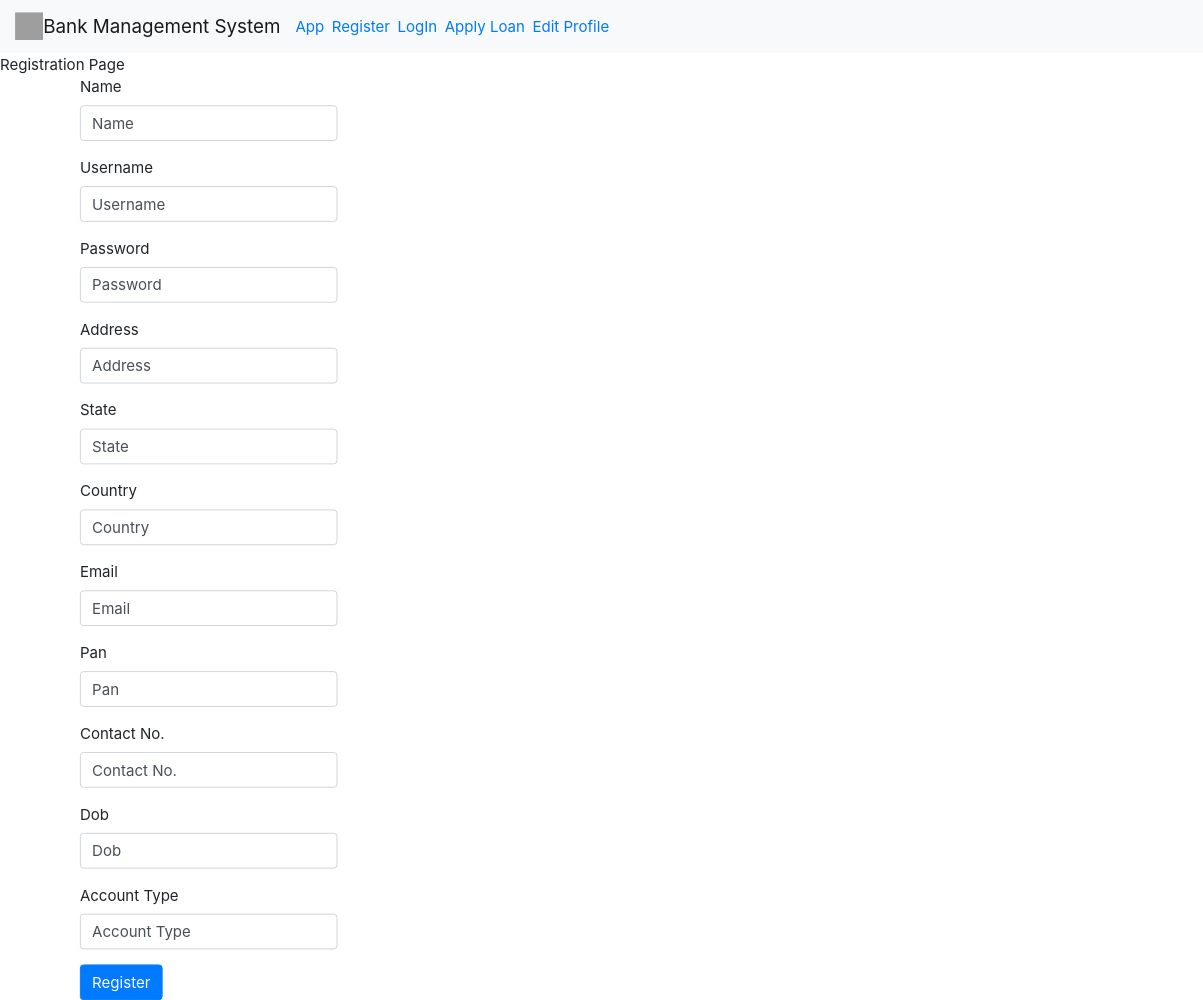
Repository: Nilkumar-Sharma/Bank-Management-System-Frontend-React
Page: /register
These files come from the project's save history. The page is drawn as it stood at one moment and after the next save; the edit follows.
The browser window is 1280 px wide. The pictures show the whole page, at 94% of full size.
Pictures or frames that could not be fetched are drawn as grey boxes. The project was rebuilt for these pictures with package versions that can differ from the ones it lists, and the page was loaded fresh each time. Also part of the build but not shown: src/App.css, src/Counter/Counter.js, src/App.js, src/components/Register/Register.module.scss, src/components/LogIn/LogIn.module.scss, src/components/LogIn/LogIn.js, src/components/Loan/Loan.module.scss, src/components/Loan/Loan.js and 1 more.

Above is the page before, as saved 2020-07-28 13:33:23.

### src/index.js
import React from 'react';
import ReactDOM from 'react-dom';
import './index.css';
import App from './App';
import * as serviceWorker from './serviceWorker';
import { Provider } from 'react-redux'
import { createStore } from 'redux'
import rootReducer from './store/reducer'
import { BrowserRouter, Switch,Route,Link } from 'react-router-dom';
import Register from './components/Register/Register'
import { createBrowserHistory } from 'history';
import 'bootstrap/dist/css/bootstrap.min.css';
import LogIn from './components/LogIn/LogIn';
import Loan from './components/Loan/Loan'
import UpdateProfile from './components/Profile/UpdateProfile';

const store = createStore(rootReducer);
store.subscribe(_=>console.log(store.getState()))

ReactDOM.render(
  <Provider store={store}>
    <React.StrictMode>
      <BrowserRouter>

        <nav className="navbar navbar-expand-lg navbar-light bg-light ">
          {/* header */}
          <a className="navbar-brand" href="#">
            <img src="/docs/4.0/assets/brand/bootstrap-solid.svg" width="30" height="30" className="d-inline-block align-top" alt=""></img>
              Bank Management System
  </a>

          <ul className="navbar-nav  mr-auto">
          <li className="nav-item mr-2">
            <Link to="/">App</Link>
            </li>
            <li className="nav-item mr-2">
            <Link to="/register">Register</Link>
          </li>
            <li className="nav-item mr-2">
            <Link to="/login">LogIn</Link>
            </li>
            <li className="nav-item mr-2">
              <Link to="/loan">Apply Loan</Link>
            </li>
            <li className="nav-item mr-2">
              <Link to="/edit">Edit Profile</Link>
            </li>
          </ul>
        </nav>


      {/* A <Switch> looks through its children <Route>s and
            renders the first one that matches the current URL. */}
      <Switch>
        <Route exact path="/">
          <App />
          </Route>
          <Route exact path="/register">
            <Register />
          </Route>
          <Route path="/login">
            <LogIn/>
          </Route>
          <Route path="/loan">
            <Loan></Loan>
          </Route>
          <Route path="/edit">
            <UpdateProfile></UpdateProfile>
          </Route>
      </Switch>
      </BrowserRouter>
    </React.StrictMode>

  </Provider>,
  document.getElementById('root')
);

// If you want your app to work offline and load faster, you can change
// unregister() to register() below. Note this comes with some pitfalls.
// Learn more about service workers: https://bit.ly/CRA-PWA
serviceWorker.unregister();

### src/store/reducer.js
const initialState = {
    counter: 0
};

const rootReducer = (state = initialState, action) => {
    switch (action.type){
    case "INC":
            return { counter: state.counter + 1 }
        case "DEC":
            return { counter: state.counter - 1 }
        default:
            return state
}
}
export default rootReducer;

### src/components/Register/Register.js
import React, { Component } from 'react';
import InputField from '../Shared/InputField/InputField'
import style from './Register.module.scss';
import MyButton from '../Shared/MyButton/MyButton'
/**
 *  As a Customer, I should be able to register my details in the system so that I can
 * login into the system Acceptance criteria: Customer should be able register the details
 * in the system and it should be saved in the database. Customer should be able to login with
 * a User Id and Password that exists in database.
 * On clicking logout the session should be invalidated and login page must be displayed Capture the
 * details like Name, Username, Password, Address, State, Country, Email Address, PAN, Contact No, DOB,
 * Account Type etc

*/
class Register extends Component{

    render() {
        return (<div>
            Registration Page
            <div className="container">
                <InputField Label="Name"></InputField>
                <InputField Label="Username"></InputField>
                <InputField Label="Password"></InputField>
                <InputField Label="Address"></InputField>
                <InputField Label="State"></InputField>
                <InputField Label="Country"></InputField>
                <InputField Label="Email"></InputField>
                <InputField Label="Pan"></InputField>
                <InputField Label="Contact No."></InputField>
                <InputField Label="Dob"></InputField>
                <InputField Label="Account Type"></InputField>

                <MyButton label="Register"></MyButton>









                </div>
            </div>)
        }
}
export default Register;

### src/components/Shared/InputField/InputField.js
import React, { Component } from 'react';
class InputField extends Component {
    static defaultProps = {
        type: "text",
        changes:(e)=>console.log(e.target),
        label: "Label",
        classes: "",
        value: "",
        id: "setId",
        name: "name",
        placeHolder: "P laceHolder Here",
    }
    constructor(props) {
        super(props);
        this.state = {
            value: this.props.Label
        }

    }
    handleChange(event) {
        this.setState({ value: event.target.value });
        this.props.changes(event);
    }

    render() {
        return (
            // <div className="container-fluid">
            <div className="row">
                <div class="form-group inline">
                <div className="col">
                    <label htmlFor={this.props.id}>{this.props.Label}</label>

                </div>
                <div className="col">
                        <input className="form-control" name={this.props.name} id={this.props.id} type={this.props.type} onChange={
                        // (this.props.changes) || ((e)=>{this.setState({value:e.target.value})})
                        (event) =>
                            this.handleChange(event)
                    } placeholder={this.props.placeHolder} value={this.state.value}></input>

                    </div>
                </div>
            </div>
        )
    }
}
export default InputField;

### src/components/Shared/MyButton/MyButton.js
/**
 * @props label: name of the button || default is "Label"
 * @props classes: Class Name
 * @props onClick: a function || Default is console.log("clicked")
 *
 */
import React,{Component } from 'react';

class MyButton extends Component {
    static defaultProps = {
        clicked:() => console.log("clicked "),
        label:"Button Label",
        value: "",
        classes: "btn btn-primary"
    }
    constructor(props) {
        super(props);
        console.log(this.props)

    }
    render() {
        return <button className={this.props.classes} onClick={this.props.clicked} value={this.props.value} >{this.props.label}</button>
    }

}

export default MyButton;

Loaded but not shown: public/index.html (common file); src/index.css (common file); src/serviceWorker.js (common file)

After the next save:
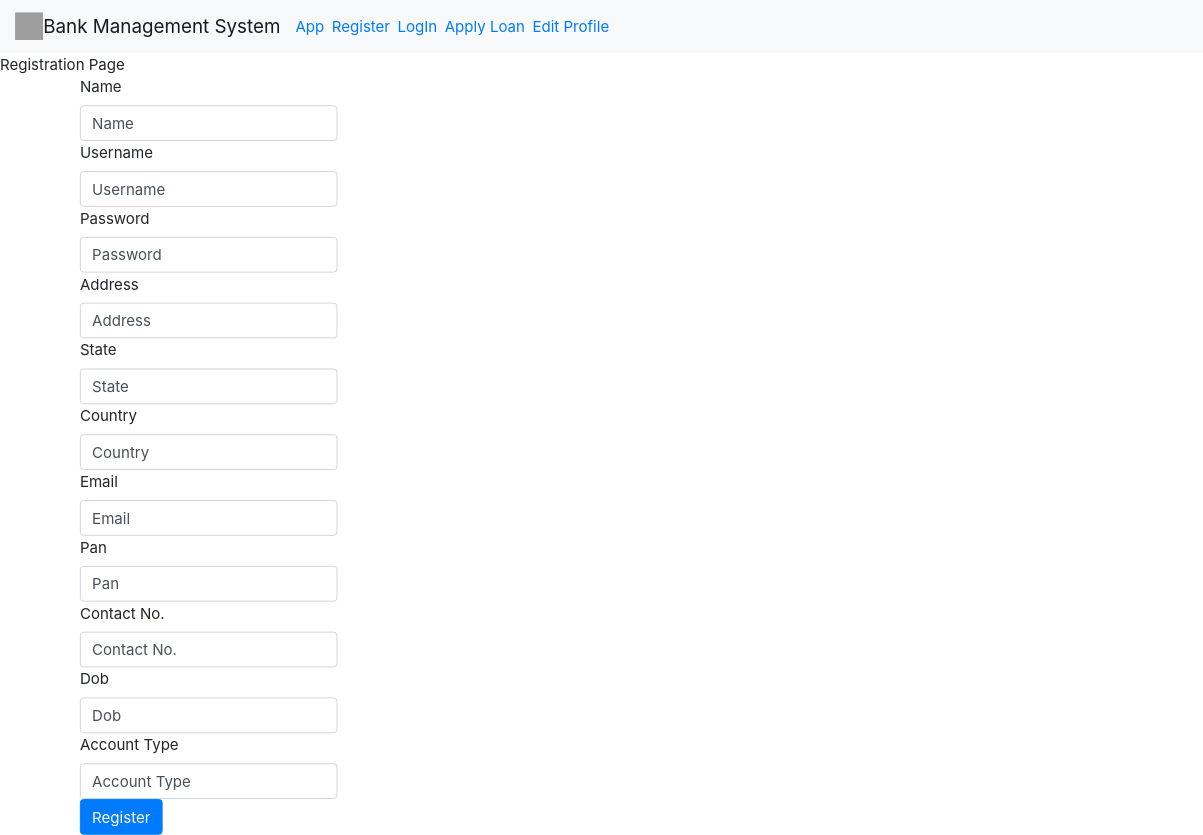
Saved 5 s later.
--- a/src/components/Shared/InputField/InputField.js
+++ b/src/components/Shared/InputField/InputField.js
@@ -26,7 +26,7 @@
         return (
             // <div className="container-fluid">
             <div className="row">
-                <div class="form-group inline">
+                <div class="form-group-inline">
                 <div className="col">
                     <label htmlFor={this.props.id}>{this.props.Label}</label>
 

After the save that followed:
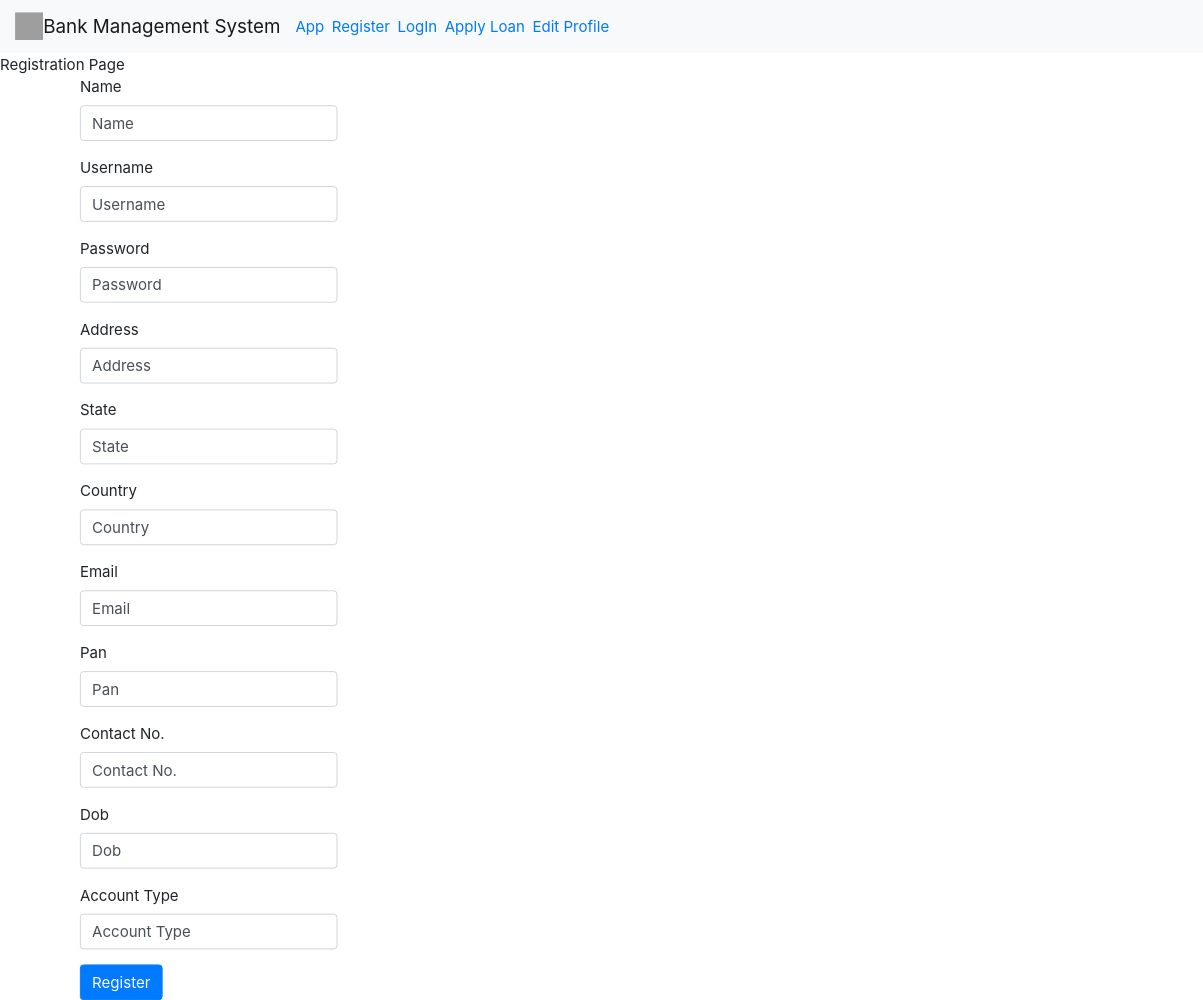
Saved 4 s later.
--- a/src/components/Shared/InputField/InputField.js
+++ b/src/components/Shared/InputField/InputField.js
@@ -26,7 +26,7 @@
         return (
             // <div className="container-fluid">
             <div className="row">
-                <div class="form-group-inline">
+                <div class="form-group inline">
                 <div className="col">
                     <label htmlFor={this.props.id}>{this.props.Label}</label>
 
